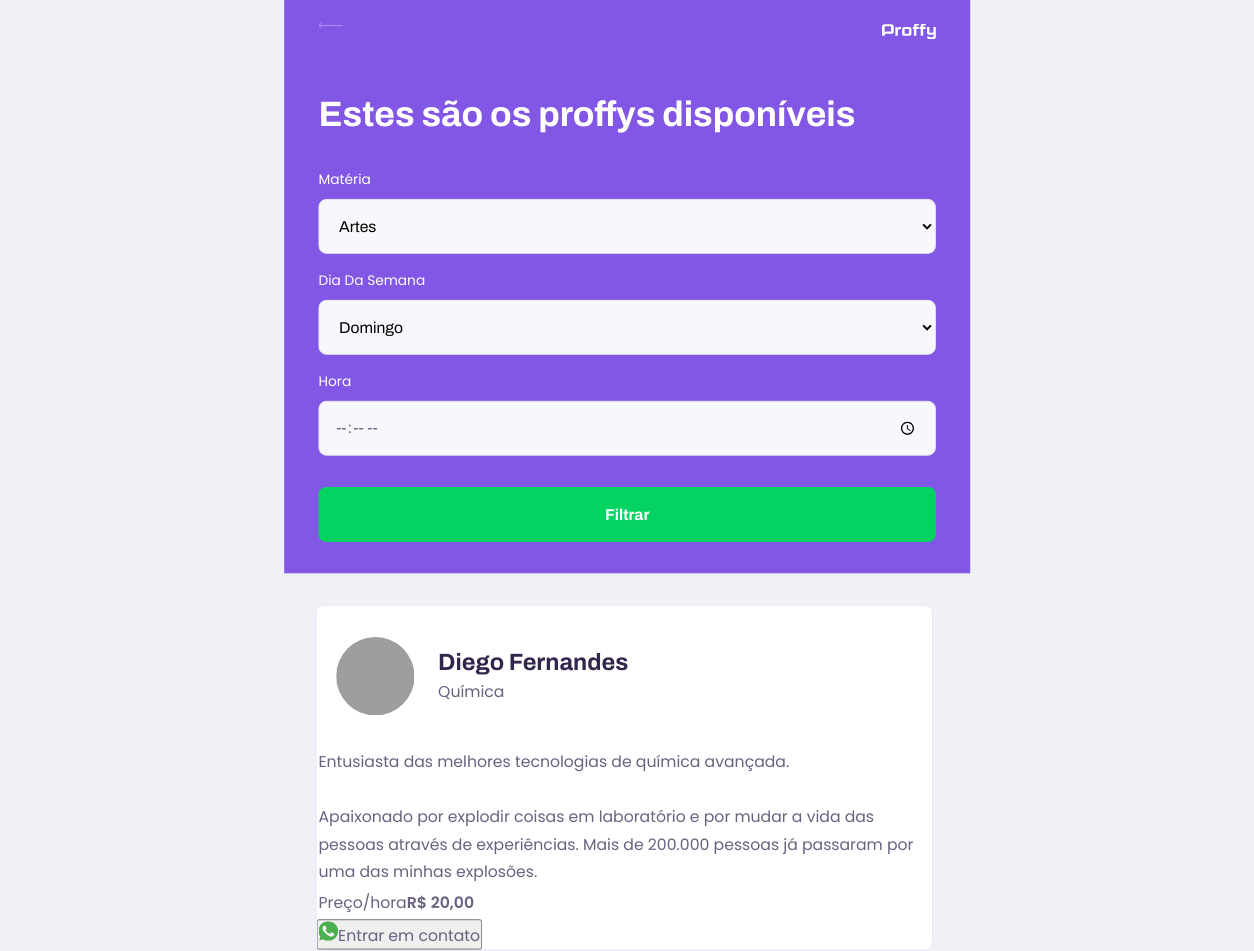
Repository: LukeVersus/NLW
Page: study.html
An editor plug-in stored every save of this project. The page is shown before and after the next save, followed by the edit.
The browser window is 1280 px wide. The pictures show the whole page, at 98% of full size.
Pictures or frames that could not be fetched are drawn as grey boxes.

Above is the page before, as saved 2020-08-05 00:44:43.

After the next save:
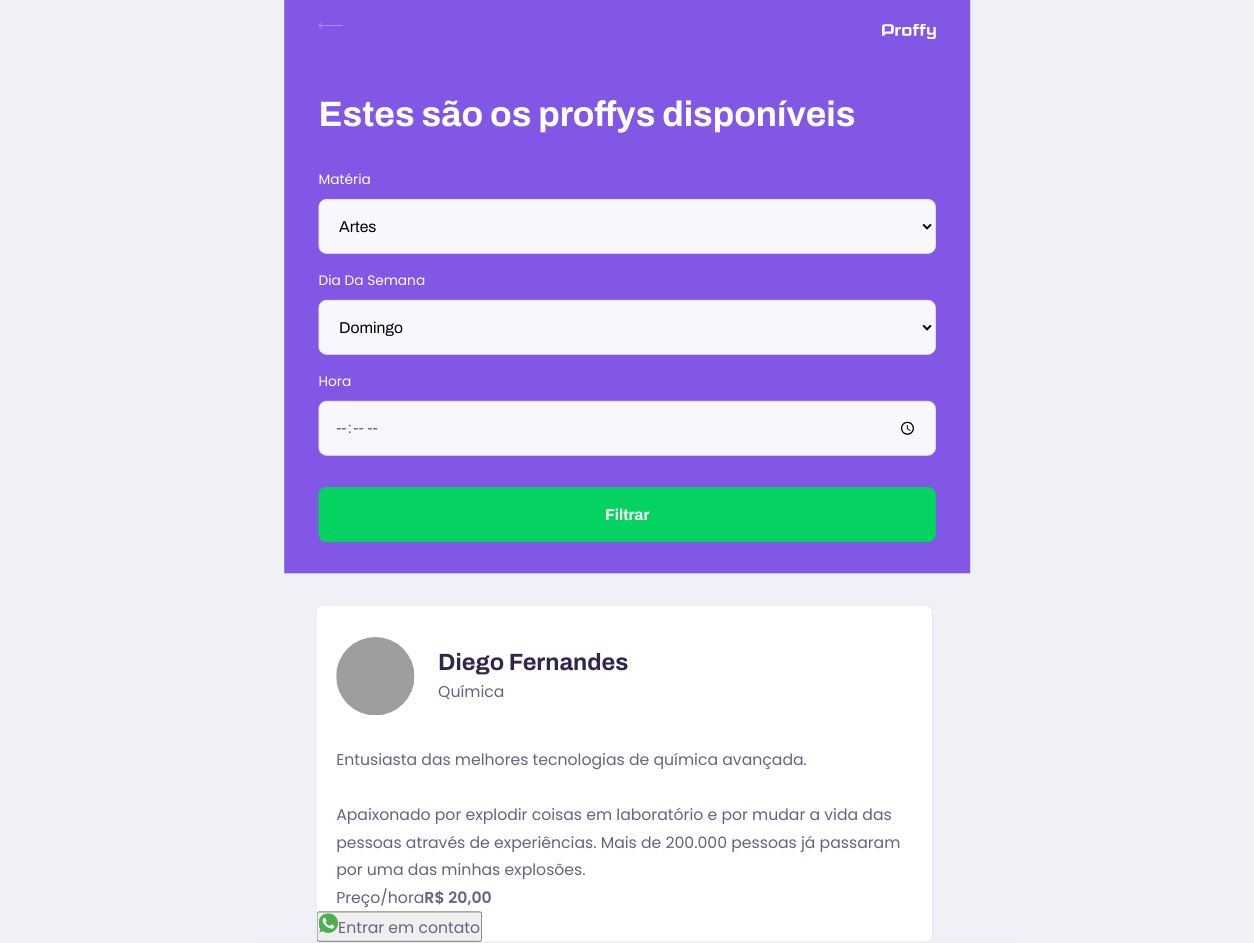
Saved 32 s later.
--- a/styles/partials/page-study.css
+++ b/styles/partials/page-study.css
@@ -150,7 +150,11 @@
 }
 
 .teacher-item p{
-    padding: 0.2rem;
+    padding: 0 2rem;
     font-size: 1.6rem;
     line-height: 2.8rem;
 }
+
+.teacher-item footer{
+
+}
